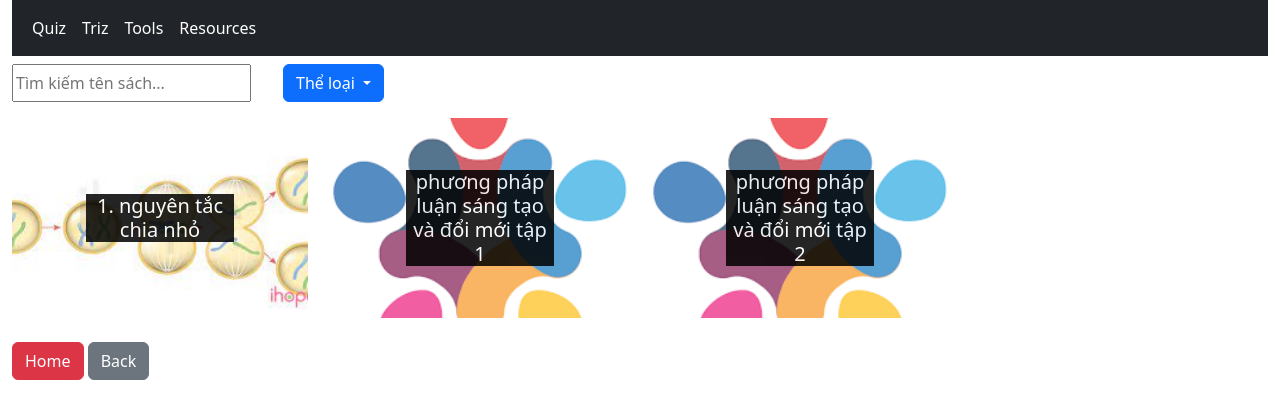
Repository: tran-thien-nhan/quiz_tlln
Page: triz_blog.html
An editor plug-in stored every save of this project. The page is shown before and after the next save, followed by the edit.
The browser window is 1280 px wide. The pictures show the whole page.

Above is the page before, as saved 2023-06-28 19:35:48.

### triz_blog.html
<!DOCTYPE html>
<html>

<head>
    <title>Triz Blog</title>
    <link rel="stylesheet" href="https://cdn.jsdelivr.net/npm/bootstrap@5.3.0/dist/css/bootstrap.min.css">
    <style>
        .thumbnail-container {
            position: relative;
            width: 100%;
            height: 200px;
            /* Cập nhật chiều cao ở đây */
            overflow: hidden;
        }

        .thumbnail {
            opacity: 0.7;
            transition: opacity 0.3s ease;
            width: 100%;
            height: 100%;
            object-fit: cover;
        }

        .thumbnail:hover {
            opacity: 1;
        }

        .title {
            position: absolute;
            top: 50%;
            left: 50%;
            transform: translate(-50%, -50%);
            color: white;
            background-color: black;
            opacity: 0.85;
            font-size: 20px;
            text-align: center;
            width: fit-content;
        }
    </style>
</head>

<body>
    <div class="container-fluid">
        <!-- phần menu -->
        <nav class="navbar navbar-expand-sm bg-dark navbar-dark text-white">
            <div class="container-fluid">
                <ul class="navbar-nav">
                    <li class="nav-item">
                        <a class="nav-link active" href="quiz.html">Quiz</a>
                    </li>
                    <li class="nav-item">
                        <a class="nav-link text-white" href="triz_blog.html">Triz</a>
                    </li>
                    <li class="nav-item">
                        <a class="nav-link text-white" href="tools.html">Tools</a>
                    </li>
                    <li class="nav-item">
                        <a class="nav-link text-white" href="resources_blog.html">Resources</a>
                    </li>
                </ul>
            </div>
        </nav>
        <!-- end phần menu -->

        <div style="display: flex;">
            <!-- phần tìm kiếm sách -->
            <input class="mt-2" style="align-items: center;" type="text" id="searchInput"
                placeholder="Tìm kiếm tên sách...">
            <!-- end phần tìm kiếm sách -->

            <!-- phần lọc type -->
            <div class="dropdown" style="margin-left: 2rem; margin-top: 0.5rem;">
                <button class="btn btn-primary dropdown-toggle" type="button" id="dropdownMenuButton"
                    data-bs-toggle="dropdown" aria-expanded="false">
                    Thể loại
                </button>
                <ul class="dropdown-menu" aria-labelledby="dropdownMenuButton">
                    <li><a class="dropdown-item" href="#" data-type="thể loại">Tất cả</a></li>
                    <li><a class="dropdown-item" href="#" data-type="bài viết">bài viết</a></li>
                    <li><a class="dropdown-item" href="#" data-type="sách">sách</a></li>
                </ul>
            </div>

            <!-- end phần lọc type -->
        </div>

        <div class="row mt-2" id="content">
            <!-- Đây là nơi sẽ chứa các sách -->
        </div>
    </div>
    <br>
    <a href="quiz.html" class="btn btn-danger" style="margin-left: 0.75rem;">Home</a>
    <a id="backButton" class="btn btn-secondary">Back</a>
    <script src="back.js"></script>

    <script src="https://cdn.jsdelivr.net/npm/bootstrap@5.3.0/dist/js/bootstrap.bundle.min.js"></script>
    <script>
        document.addEventListener("DOMContentLoaded", function () {
            // Lấy dữ liệu từ file JSON
            fetch('triz_blog.json')
                .then(response => response.json())
                .then(data => {
                    const items = data.items;
                    const contentElement = document.getElementById('content');

                    // Tạo các phần tử HTML dựa trên dữ liệu từ file JSON
                    items.forEach(item => {
                        const divElement = document.createElement('div');
                        divElement.className = 'col-md-3 mt-2';

                        const aElement = document.createElement('a');
                        aElement.href = item.google_drive_link;
                        aElement.target = '_blank';

                        const thumbnailContainerElement = document.createElement('div');
                        thumbnailContainerElement.className = 'thumbnail-container';

                        const imgElement = document.createElement('img');
                        imgElement.src = item.image_link;
                        imgElement.className = 'thumbnail img-fluid';
                        imgElement.alt = 'Image';

                        const h5Element = document.createElement('h5');
                        h5Element.className = 'title';
                        h5Element.textContent = item.title;

                        const typeElement = document.createElement('h5');
                        typeElement.className = 'type';
                        typeElement.textContent = item.type;

                        // Gắn các phần tử vào DOM
                        thumbnailContainerElement.appendChild(imgElement);
                        thumbnailContainerElement.appendChild(h5Element);
                        aElement.appendChild(thumbnailContainerElement);
                        divElement.appendChild(aElement);
                        thumbnailContainerElement.appendChild(typeElement);
                        contentElement.appendChild(divElement);
                    });
                })
                .catch(error => {
                    console.error('Error:', error);
                });

            // Lấy các phần tử cần sử dụng
            var searchInput = document.getElementById("searchInput");
            var thumbnailContainers = document.getElementsByClassName("thumbnail-container");

            // Xử lý sự kiện tìm kiếm khi thay đổi giá trị trong ô input
            searchInput.addEventListener("input", function () {
                var searchTerm = searchInput.value.toLowerCase();
                performSearch(searchTerm);
            });

            // Hàm thực hiện tìm kiếm và ẩn hiện các sách dựa trên kết quả tìm kiếm
            function performSearch(searchTerm) {
                for (var i = 0; i < thumbnailContainers.length; i++) {
                    var titleElement = thumbnailContainers[i].querySelector(".title");
                    var title = titleElement.textContent.toLowerCase();
                    if (title.includes(searchTerm)) {
                        thumbnailContainers[i].style.display = "block";
                    } else {
                        thumbnailContainers[i].style.display = "none";
                    }
                }
            }

            // Lấy các phần tử cần sử dụng
            var choices = document.getElementsByClassName("dropdown-item");

            // Xử lý sự kiện khi chọn một thể loại sách trong dropdown menu
            for (var i = 0; i < choices.length; i++) {
                choices[i].addEventListener("click", function (event) {
                    var selectedType = event.target.getAttribute("data-type");
                    filterBooksByType(selectedType);
                });
            }

            // Hàm thực hiện lọc sách dựa trên thể loại
            function filterBooksByType(selectedType) {
                for (var i = 0; i < thumbnailContainers.length; i++) {
                    var typeElement = thumbnailContainers[i].querySelector(".type");
                    var type = typeElement.textContent.toLowerCase();
                    if (type === selectedType || selectedType === "thể loại") {
                        thumbnailContainers[i].style.display = "block";
                    } else {
                        thumbnailContainers[i].style.display = "none";
                    }
                }
            }

        });
    </script>


</body>

</html>

### back.js
// Back button click event handler
document.getElementById("backButton").addEventListener("click", function () {
    window.history.back(); // Trở về trang trước đó
});

### triz_blog.json
{
    "items": [
        {
            "google_drive_link": "https://docs.google.com/document/d/1RPN-BU23mwmHb9AXnYhgOgWAVefog4oQ-pl6X0VnIqs/edit?usp=sharing",
            "type":"bài viết",
            "image_link": "img/triz/chia_nho.jfif",
            "title": "1. nguyên tắc chia nhỏ"
        },
        {
            "google_drive_link": "https://drive.google.com/file/d/1MicGm6BYItGJi3qweUf0rqu8Pge_mTcx/view?usp=drive_link",
            "type":"sách",
            "image_link": "img/triz_logo.png",
            "title": "phương pháp luận sáng tạo và đổi mới tập 1"
        },
        {
            "google_drive_link": "https://drive.google.com/file/d/1O9jFmHvpKLDQcq7YO95bywoCXq8VDKa5/view?usp=drive_link",
            "type":"sách",
            "image_link": "img/triz_logo.png",
            "title": "phương pháp luận sáng tạo và đổi mới tập 2"
        }
    ]
}

After the next save:
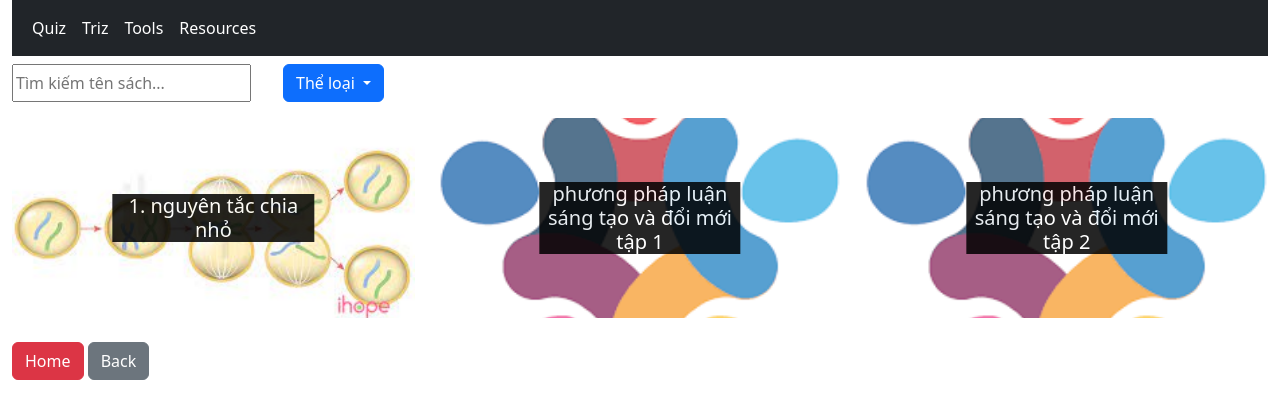
Saved 31 s later.
--- a/triz_blog.html
+++ b/triz_blog.html
@@ -43,24 +43,29 @@
 <body>
     <div class="container-fluid">
         <!-- phần menu -->
-        <nav class="navbar navbar-expand-sm bg-dark navbar-dark text-white">
+        <nav class="navbar navbar-expand-lg navbar-dark bg-dark">
             <div class="container-fluid">
+              <button class="navbar-toggler" type="button" data-bs-toggle="collapse" data-bs-target="#navbarNav" aria-controls="navbarNav" aria-expanded="false" aria-label="Toggle navigation">
+                <span class="navbar-toggler-icon"></span>
+              </button>
+              <div class="collapse navbar-collapse" id="navbarNav">
                 <ul class="navbar-nav">
-                    <li class="nav-item">
-                        <a class="nav-link active" href="quiz.html">Quiz</a>
-                    </li>
-                    <li class="nav-item">
-                        <a class="nav-link text-white" href="triz_blog.html">Triz</a>
-                    </li>
-                    <li class="nav-item">
-                        <a class="nav-link text-white" href="tools.html">Tools</a>
-                    </li>
-                    <li class="nav-item">
-                        <a class="nav-link text-white" href="resources_blog.html">Resources</a>
-                    </li>
+                  <li class="nav-item">
+                    <a class="nav-link text-white" href="quiz.html">Quiz</a>
+                  </li>
+                  <li class="nav-item">
+                    <a class="nav-link text-white" href="triz_blog.html">Triz</a>
+                  </li>
+                  <li class="nav-item">
+                    <a class="nav-link text-white" href="tools.html">Tools</a>
+                  </li>
+                  <li class="nav-item">
+                    <a class="nav-link text-white" href="resources_blog.html">Resources</a>
+                  </li>
                 </ul>
+              </div>
             </div>
-        </nav>
+          </nav>
         <!-- end phần menu -->
 
         <div style="display: flex;">
@@ -107,7 +112,7 @@
                     // Tạo các phần tử HTML dựa trên dữ liệu từ file JSON
                     items.forEach(item => {
                         const divElement = document.createElement('div');
-                        divElement.className = 'col-md-3 mt-2';
+                        divElement.className = 'col-lg-4 col-md-6 mt-2';
 
                         const aElement = document.createElement('a');
                         aElement.href = item.google_drive_link;
